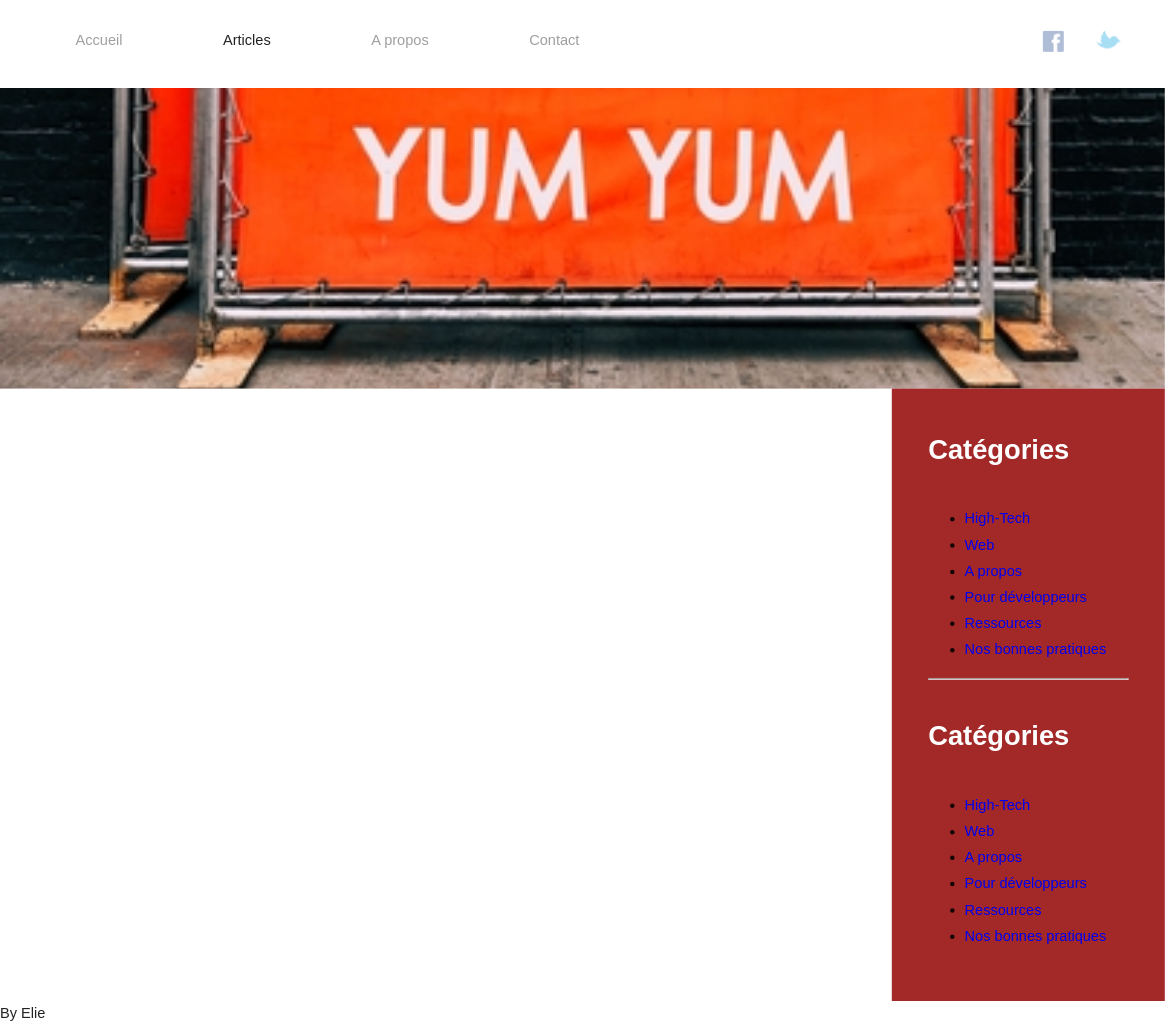
Repository: Elie-Dey/blog-train
Page: index.html
An editor plug-in stored every save of this project. The page is shown before and after the next save, followed by the edit.
The browser window is 1280 px wide. The pictures show the whole page, at 91% of full size.

Above is the page before, as saved 2020-06-17 02:03:27.

After the next save:
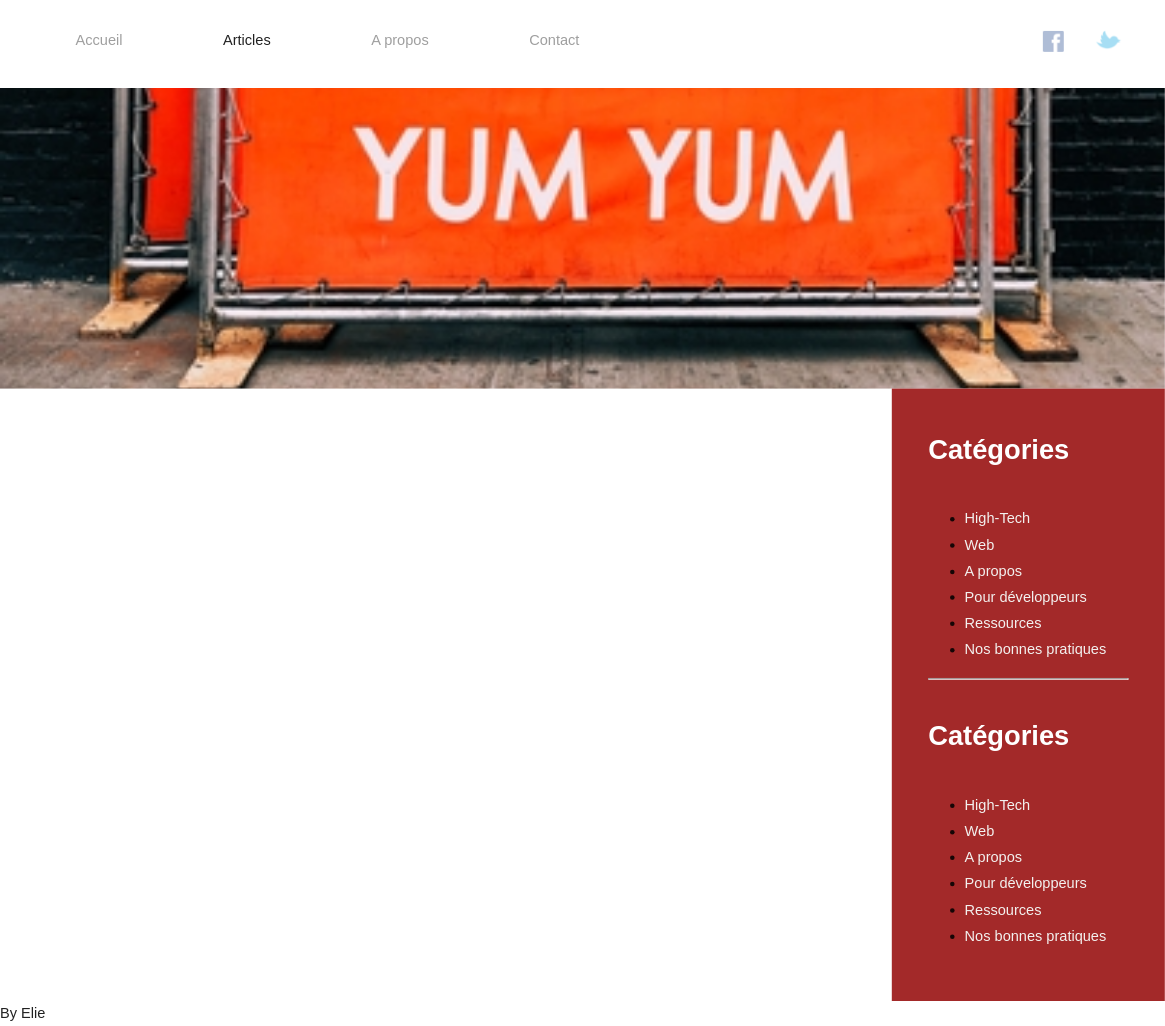
Saved 57 s later.
--- a/style.css
+++ b/style.css
@@ -69,6 +69,11 @@ body
 .sidebar a
 {
     text-decoration: none;
+    color: rgb(243, 241, 239);
+}
+.sidebar a:hover
+{
+    text-decoration: underline;
 }
 .sidebar-title
 {
